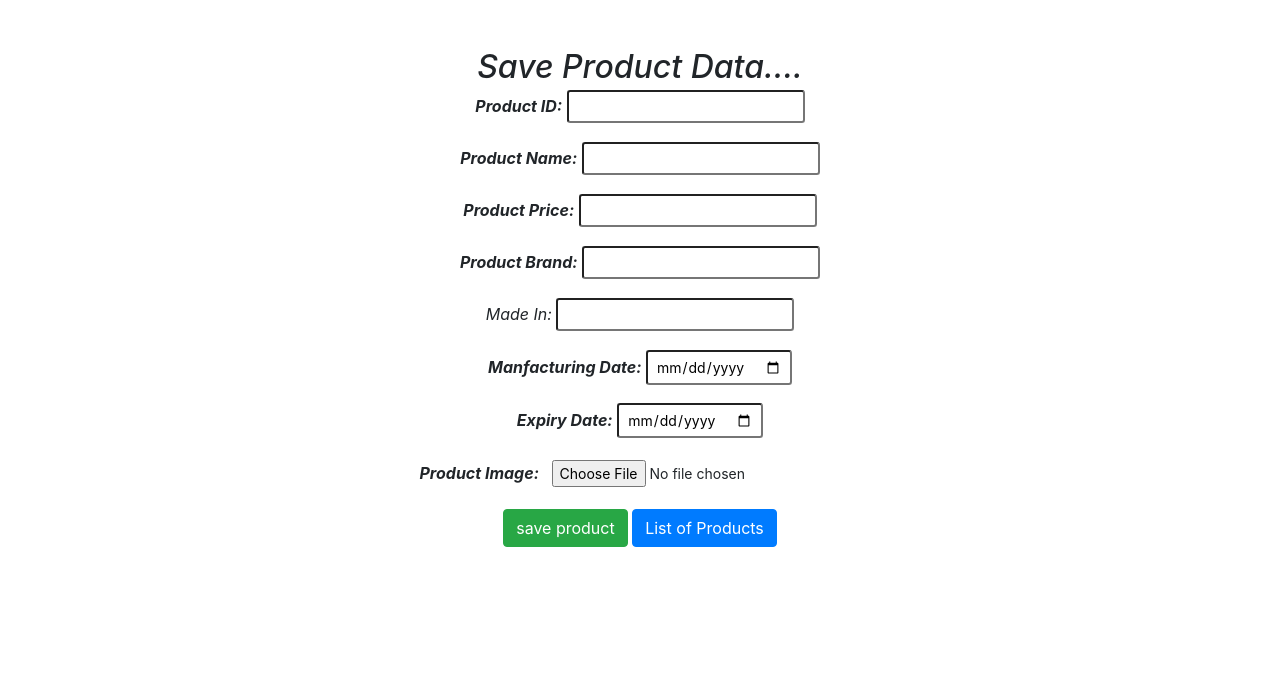
Repository: kamisettiprasanna/AdvJavaPrograms
Page: ProductManagementApp/src/main/webapp/app-product.html
These files come from the project's save history. The page is drawn as it stood at one moment and after the next save; the edit follows.
The browser window is 1280 px wide. The pictures show the whole page.

Above is the page before, as saved 2024-03-09 07:14:22.

### ProductManagementApp/src/main/webapp/app-product.html
<!DOCTYPE html>
<html>
<head>
    <title>Add Product</title>
    <!-- BootStrap CDN link to get the support of BootStrap -->
    <link rel="stylesheet"
     href="https://cdn.jsdelivr.net/npm/bootstrap@4.0.0/dist/css/bootstrap.min.css">

         <!-- This is  java Script validation  code location -->
         <script src="formvalidation.js"></script>
</head>
<body>
    <div class="container mt-5 text-center">
        <h2 class="text-center font-italic mb-1">Save Product Data....  </h2>

        <form method="post" action="./AddProductServlet" enctype="multipart/form-data" onsubmit="return validateForm()">


              <div class="form-group">
                  <label class="font-italic font-weight-bold" for="proId">Product ID: </label>
                  <input type="text" class="form-control-sm" id="proId" name="proId" required/>
               </div>


              <div class="form-group">
                  <label class="font-italic font-weight-bold" for="proName">Product Name: </label>
                  <input type="text" class="form-control-sm" id="proName" name="proName" required/>
               </div>


                <div class="form-group">
                  <label class="font-italic font-weight-bold" for="proPrice">Product Price: </label>
                  <input type="number" class="form-control-sm" id="proPrice" name="proPrice" required/>
               </div>


                <div class="form-group">
                  <label class="font-italic font-weight-bold" for="proBrand">Product Brand: </label>
                  <input type="text" class="form-control-sm" id="proBrand" name="proBrand" required/>
               </div>


                 <div class="form-group">
                  <label class="font-italic
" for="promadeIn">Made In: </label>
                  <input type="text" class="form-control-sm" id="promadeIn" name="promadeIn" required/>
               </div>


                  <div class="form-group">
                  <label class="font-italic font-weight-bold" for="promDate">Manfacturing Date: </label>
                  <input type="date" class="form-control-sm" id="promDate" name="promDate" required/>
               </div>



                 <div class="form-group">
                  <label class="font-italic font-weight-bold" for="proeDate">Expiry Date: </label>
                  <input type="date" class="form-control-sm" id="promeDate" name="promeDate" required/>
               </div>


                  <div class="form-group">
                  <label class="font-italic font-weight-bold" for="proImage">Product Image: </label>
                  <input type="file" class="form-control-sm" id="proImage" name="proImage"  accept="image/*" required/>
               </div>

                  <div>
                  <input type="submit" class="btn btn-success" value="save product"/>
                  <a href="productList.jsp" class="btn btn-primary">List of Products</a>

               </div>

        </form>


    </div>
</body>
</html>

After the next save:
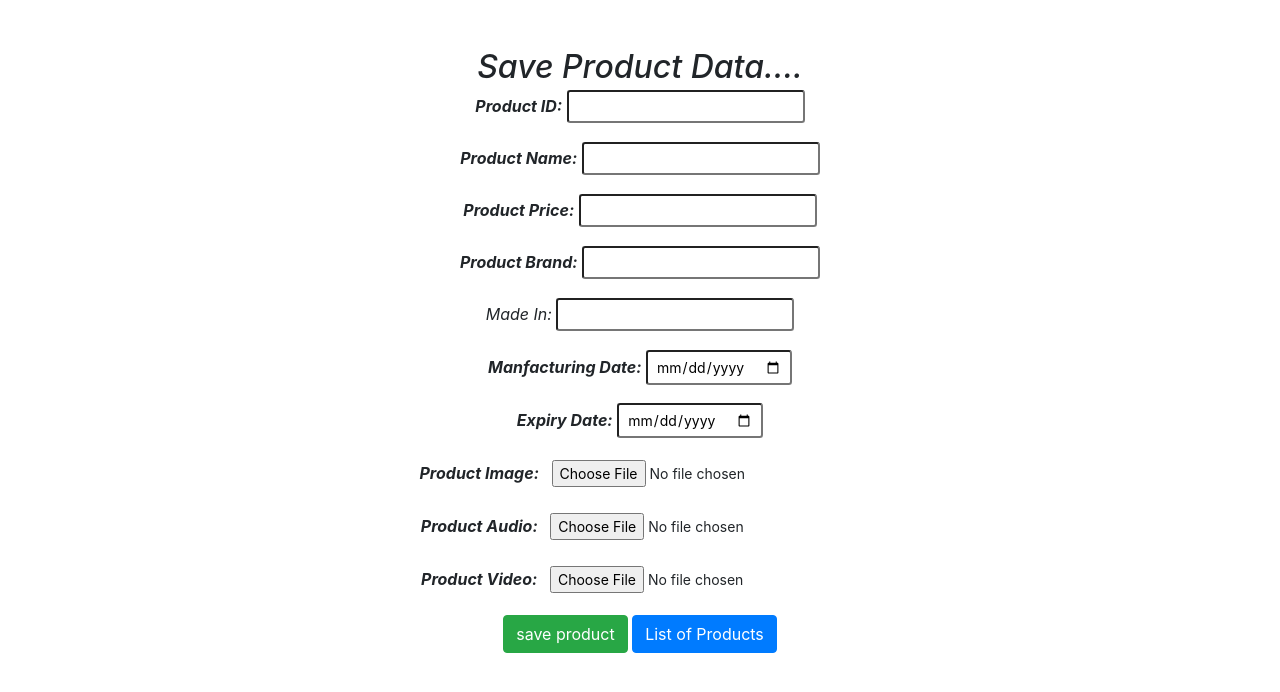
Saved 14 s later.
--- a/ProductManagementApp/src/main/webapp/app-product.html
+++ b/ProductManagementApp/src/main/webapp/app-product.html
@@ -64,6 +64,15 @@
                   <label class="font-italic font-weight-bold" for="proImage">Product Image: </label>
                   <input type="file" class="form-control-sm" id="proImage" name="proImage"  accept="image/*" required/>
                </div>
+               <div class="form-group">
+                  <label class="font-italic font-weight-bold" for="proAudio">Product Audio: </label>
+                  <input type="file" class="form-control-sm" id="proAudio" name="proAudio"  accept="audio/*" required/>
+               </div>
+                <div class="form-group">
+                  <label class="font-italic font-weight-bold" for="proVideo">Product Video: </label>
+                  <input type="file" class="form-control-sm" id="proVideo" name="proVideo"  accept="video/*" required/>
+               </div>
+
 
                   <div>
                   <input type="submit" class="btn btn-success" value="save product"/>
